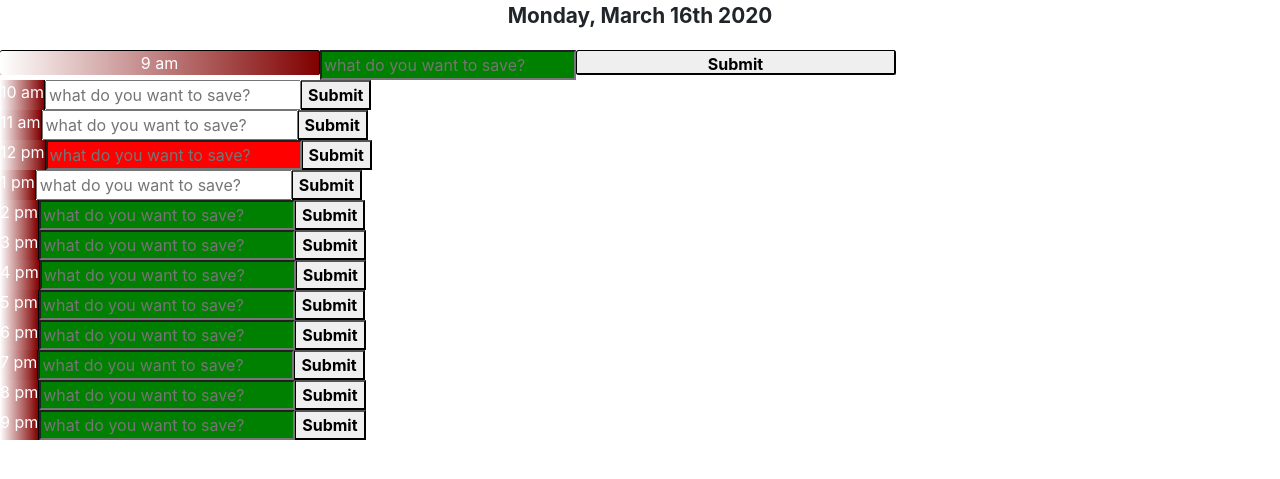
Repository: kkyler24/DayPlanner
Page: Index.html
The author's editor kept a copy of each file at every save. The page is drawn from the files as they stood at one save, then again after the next save.
The browser window is 1280 px wide. The pictures show the whole page.
Some web libraries are served in a nearby version.

Above is the page before, as saved 2020-03-29 22:27:01.
Console error: ReferenceError: array is not defined

After the next save:
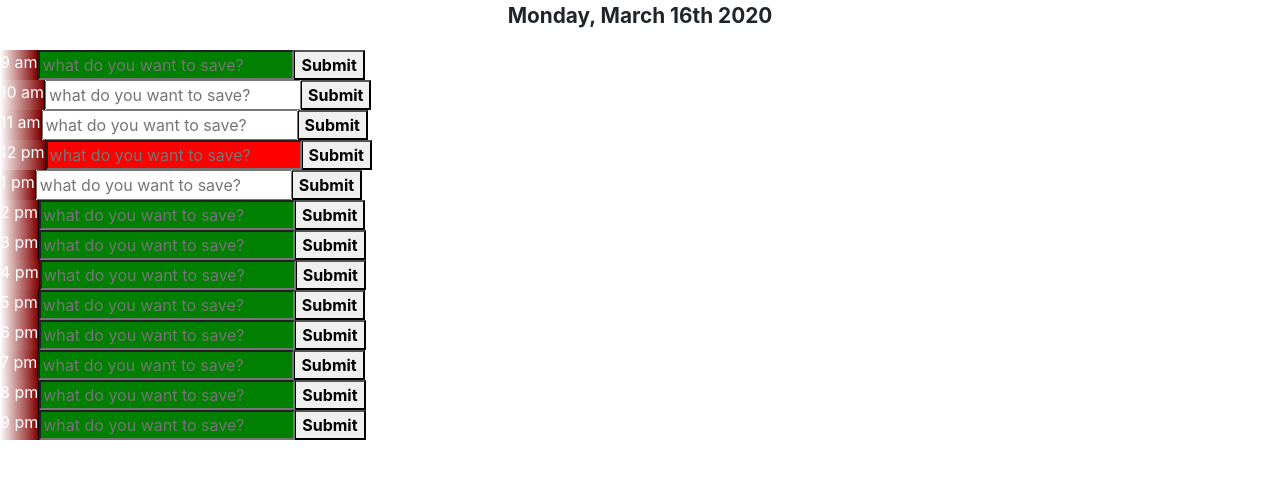
Saved 44 s later.
--- a/Index.html
+++ b/Index.html
@@ -101,9 +101,9 @@
 <div id="date"></div>
 <div>
     <form onsubmit="timeSubmit(event)">
-    <div class="col-sm-3 left">9 am</div>
-    <input class="col-lg-6 middle" placeholder="what do you want to save?"/>
-    <button type="submit" class="col-sm-3 right button"><strong>Submit</strong></button>
+    <div class="column-small left">9 am</div>
+    <input class="column-large middle" placeholder="what do you want to save?"/>
+    <button type="submit" class="column-small right button"><strong>Submit</strong></button>
     </form>
     <form onsubmit="timeSubmit(event)">
     <div class="column-small left">10 am</div>
